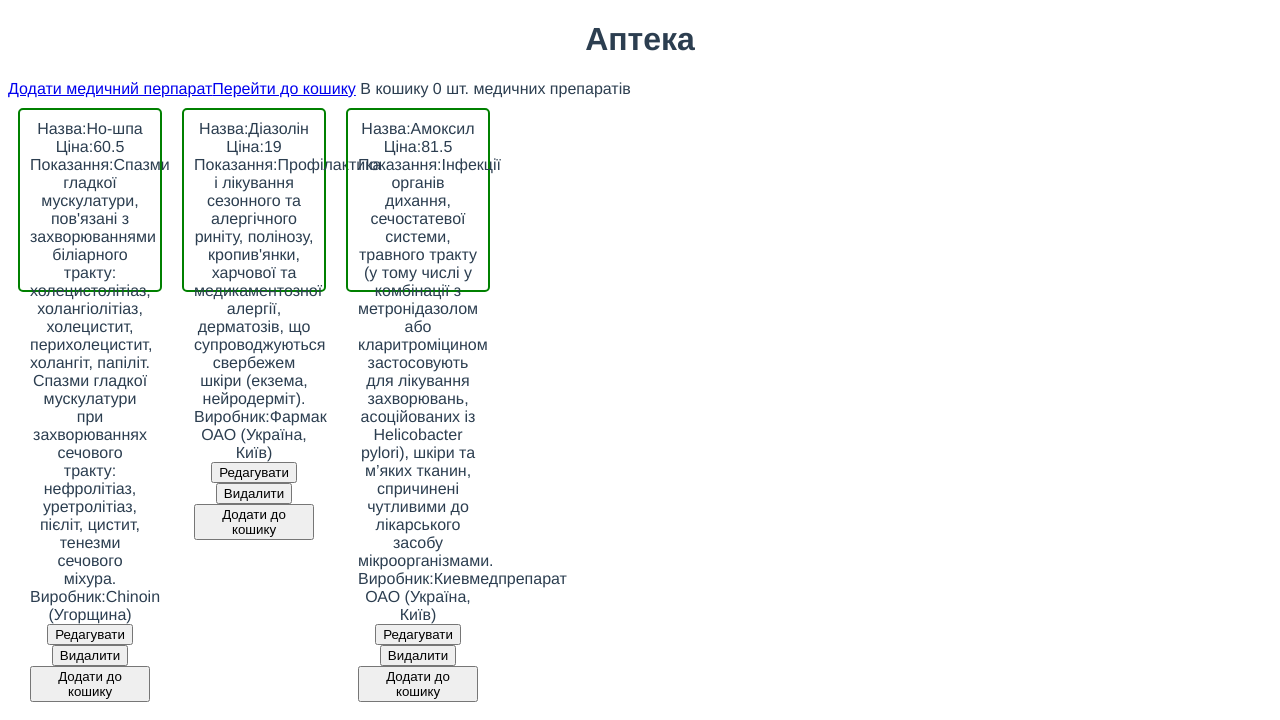
Repository: kristinap8/pharmacy
Page: /
These files come from the project's save history. The page is drawn as it stood at one moment and after the next save; the edit follows.
The browser window is 1280 px wide. The pictures show the whole page.
The project was rebuilt for these pictures with package versions that can differ from the ones it lists, and the page was loaded fresh each time. Also part of the build but not shown: src/components/AddMedicineForm/index.vue, src/pages/AddMedicine/index.vue, src/components/EditMedicineForm/index.vue, src/pages/EditMedicine/index.vue, src/components/CartForm/index.vue, src/pages/Cart/index.vue.

Above is the page before, as saved 2020-12-10 01:36:45.

After the next save:
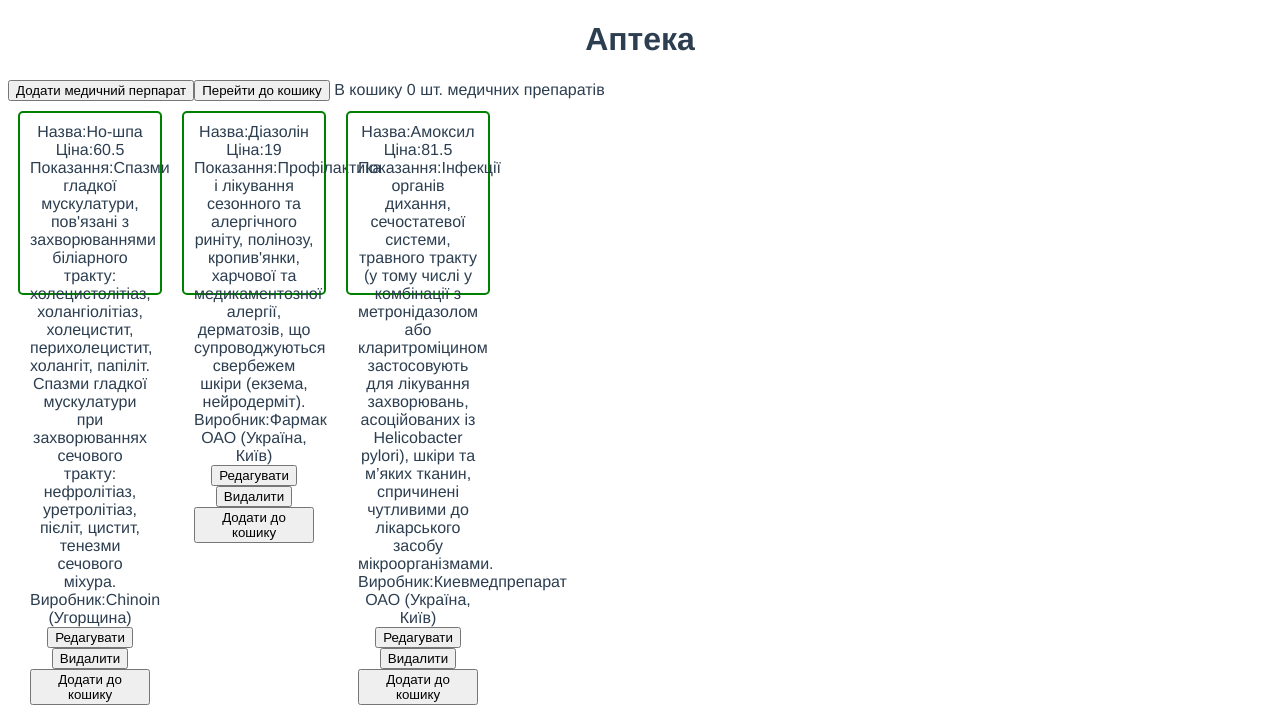
Saved 26 min 22 s later.
--- a/src/pages/AllMedicines/index.vue
+++ b/src/pages/AllMedicines/index.vue
@@ -1,8 +1,8 @@
 <template>
     <div>
         <h1 class="header">Аптека</h1>
-        <router-link to="/add_medicine">Додати медичний перпарат</router-link>
-        <router-link to="/cart">Перейти до кошику</router-link>
+        <router-link to="/add_medicine" tag="button">Додати медичний перпарат</router-link>
+        <router-link to="/cart" tag="button">Перейти до кошику</router-link>
         В кошику {{this.$store.state.cartItemsCount}} шт. медичних препаратів
      <medicines-list/>
     </div>
